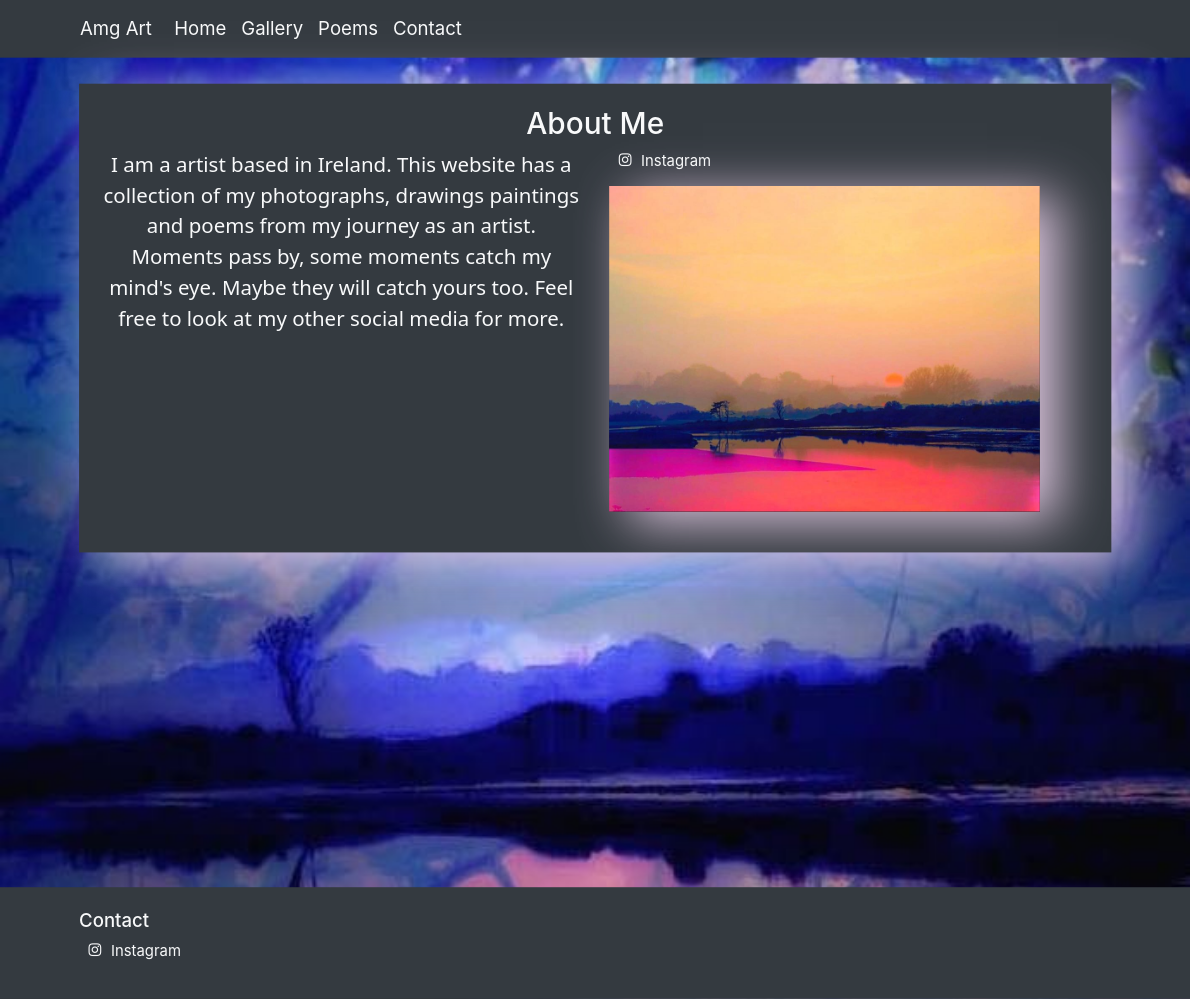
Repository: AllenGleeson/AmgArtGallery
Page: contact.html
The author's editor kept a record of every edit. The page is drawn from the files as they stood at one moment, then again after the next edit.
The browser window is 1280 px wide. The pictures show the whole page, at 93% of full size.

Above is the page before.

After the next edit:
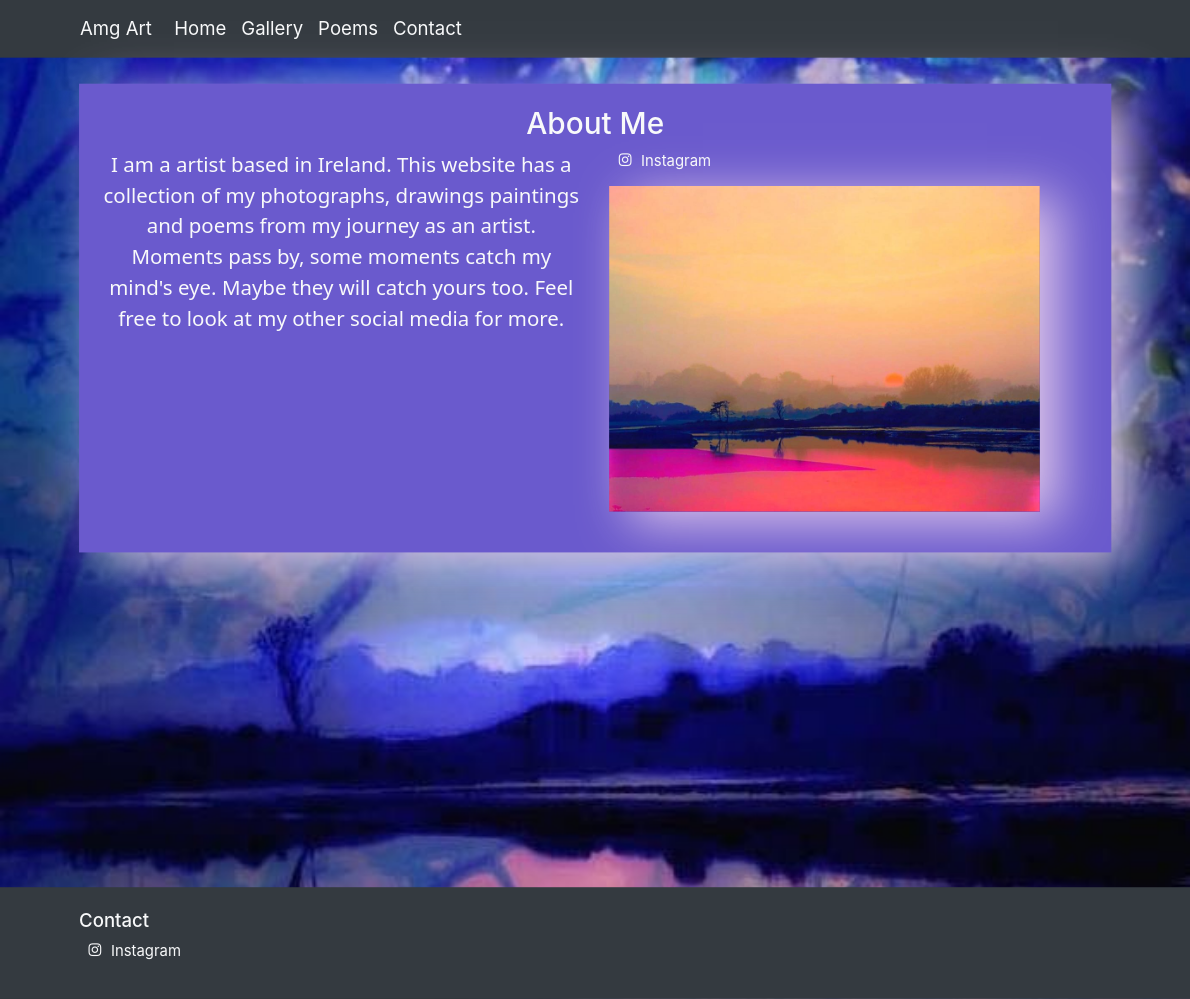
The edit:
--- a/contact.html
+++ b/contact.html
@@ -31,7 +31,7 @@
     <section class="container">
         <div>
 
-            <div class="bg-dark p-4 aboutmeContainer">
+            <div class="contentColor p-4 aboutmeContainer">
                 <h2  class="text-center text-light">About Me</h2>
                 <div class="row">
                     <div class="col-sm-6 text-center text-light" id="aboutmeBio">
